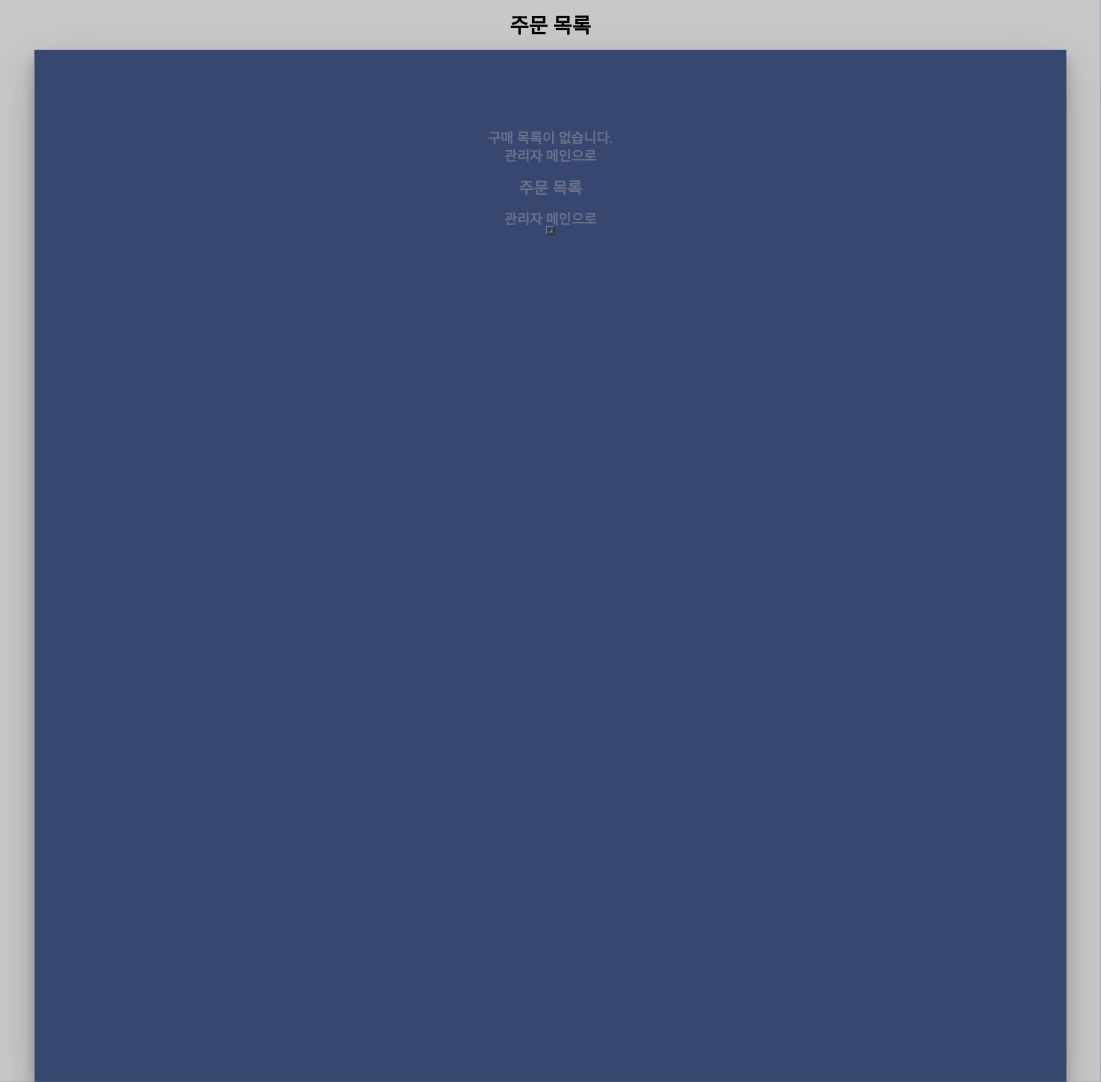
Repository: matodale/StudyJSP
Page: http://localhost/StudyJSP/ch14shop/manager/orderedProduct/orderedList.jsp
These files come from the project's save history. The page is drawn as it stood at one moment and after the next save; the edit follows.
The browser window is 1280 px wide. The pictures show the whole page, at 86% of full size.
The page is served by Tomcat 9.

Above is the page before, as saved 2022-12-28 10:01:55.

After the next save:
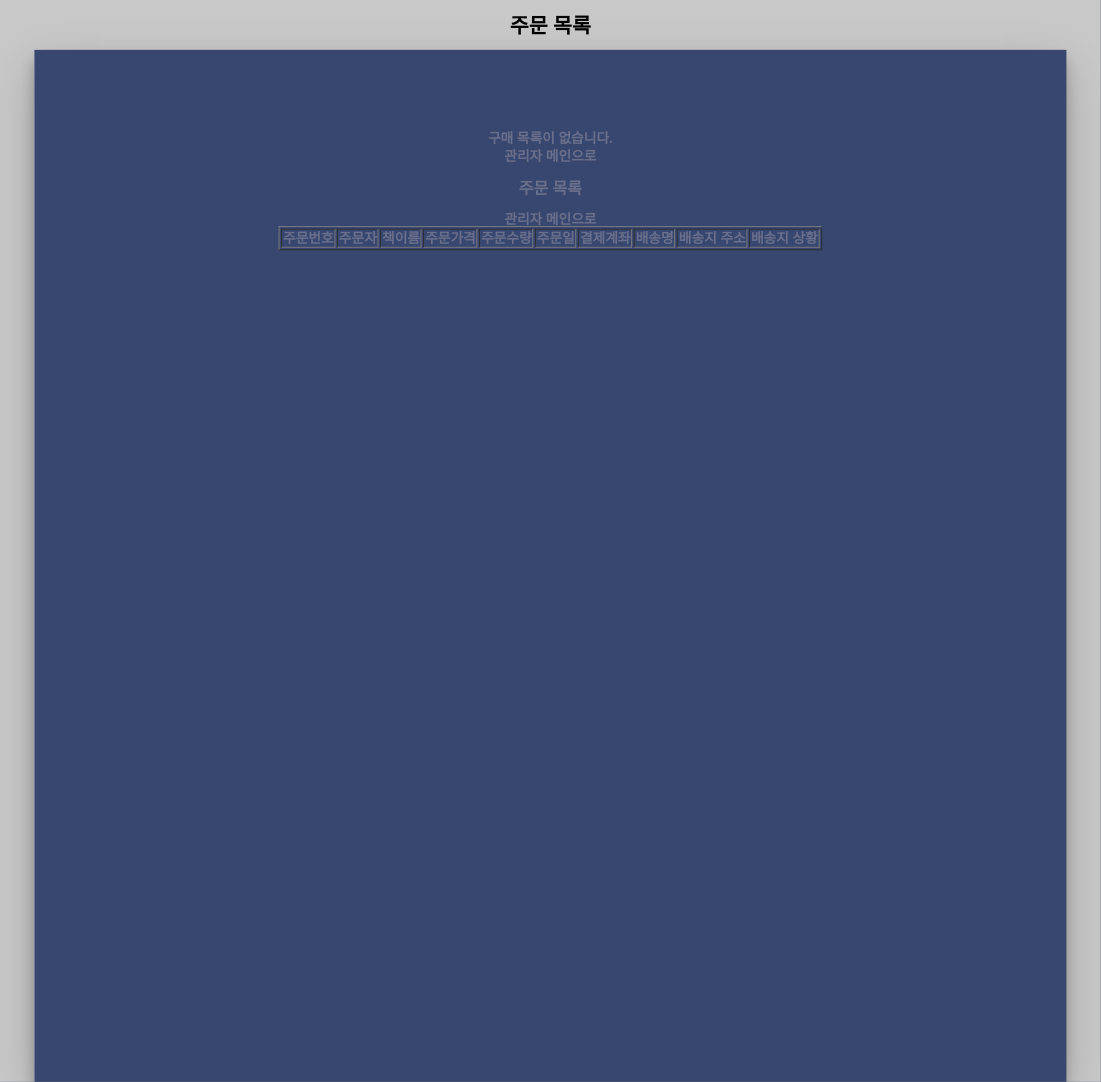
Saved 80 s later.
--- a/StudyJSP/src/main/webapp/ch14shop/manager/orderedProduct/orderedList.jsp
+++ b/StudyJSP/src/main/webapp/ch14shop/manager/orderedProduct/orderedList.jsp
@@ -28,7 +28,16 @@
 				<a href="../managerMain.jsp">관리자 메인으로</a>
 				<table border="1">
 					<tr>
-						<td></td>
+						<td>주문번호</td>
+						<td>주문자</td>
+						<td>책이름</td>
+						<td>주문가격</td>
+						<td>주문수량</td>
+						<td>주문일</td>
+						<td>결제계좌</td>
+						<td>배송명</td>
+						<td>배송지 주소</td>
+						<td>배송지 상황</td>
 					</tr>
 				</table>
 			</div>
